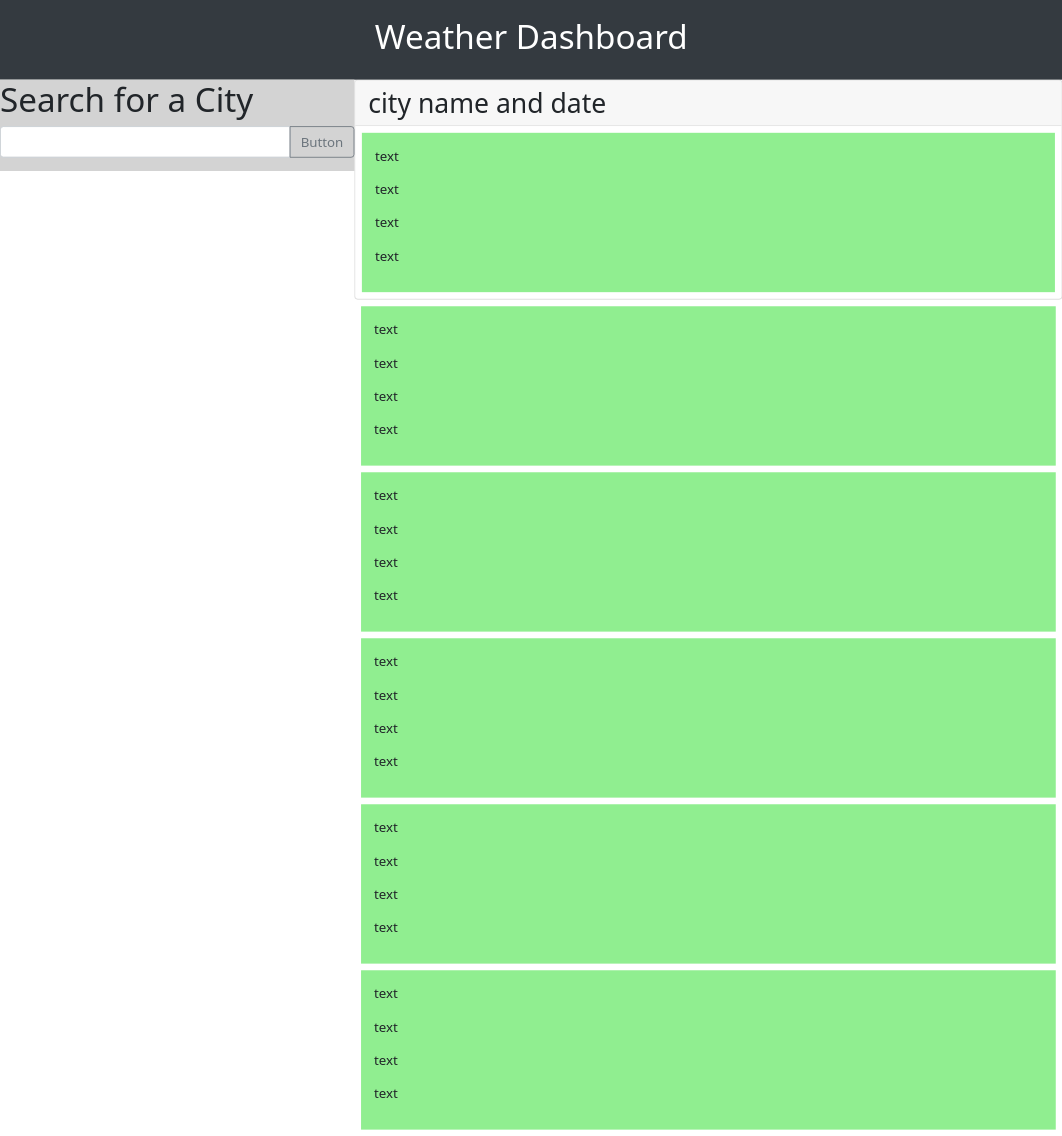
Repository: ziffoit/Weather_Dashboard
Page: index.html
An editor plug-in stored every save of this project. The page is shown before and after the next save, followed by the edit.
The browser window is 1280 px wide. The pictures show the whole page, at 83% of full size.

Above is the page before, as saved 2021-03-25 15:11:41.

### index.html
<!DOCTYPE html>
<html lang="en">
  <head>
    <meta charset="UTF-8" />
    <meta name="viewport" content="width=device-width, initial-scale=1.0" />
    <link
      href="https://cdn.jsdelivr.net/npm/bootstrap@5.0.0-beta3/dist/css/bootstrap.min.css"
      rel="stylesheet"
      integrity="sha384-eOJMYsd53ii+scO/bJGFsiCZc+5NDVN2yr8+0RDqr0Ql0h+rP48ckxlpbzKgwra6"
      crossorigin="anonymous"
    />
    <link rel="stylesheet" href="./Assets/style.css" />
    <title>Document</title>
  </head>
  <body>
    <header id="header">
      <h1>Weather Dashboard</h1>
    </header>
    <aside class="col-md-4">
      <h1>Search for a City</h1>
      <div class="input-group mb-3">
        <input type="text" class="form-control" />
        <button
          class="btn btn-outline-secondary"
          type="button"
          id="button-addon2"
        >
          Button
        </button>
      </div>
      <div></div>
    </aside>
    <section class="col-lg-8" id="main">
        <div class="card">
          <h2 class="card-header">city name and date</h5>
          <div class="card-body">
            <p>text</p>
            <p>text</p>
            <p>text</p>
            <p>text</p>
          </div>
        </div>
        <section class="row-col-5">
          <div class="card-body">
            <p>text</p>
            <p>text</p>
            <p>text</p>
            <p>text</p>
          </div>
          <div class="card-body">
            <p>text</p>
            <p>text</p>
            <p>text</p>
            <p>text</p>
          </div>
          <div class="card-body">
            <p>text</p>
            <p>text</p>
            <p>text</p>
            <p>text</p>
          </div>
          <div class="card-body">
            <p>text</p>
            <p>text</p>
            <p>text</p>
            <p>text</p>
          </div>
          <div class="card-body">
            <p>text</p>
            <p>text</p>
            <p>text</p>
            <p>text</p>
          </div>
        </section>
    </section>
  </body>
</html>

### Assets/style.css
#header {
  text-align: center;
  background-color: #343a40;
  padding: 20px;
}

header > h1 {
  color: white;
}

aside {
  background-color: lightgray;
  float: left;
}

#main {
  float: right;
}

.card-body {
  background-color: lightgreen;
  margin: 8px;
}

After the next save:
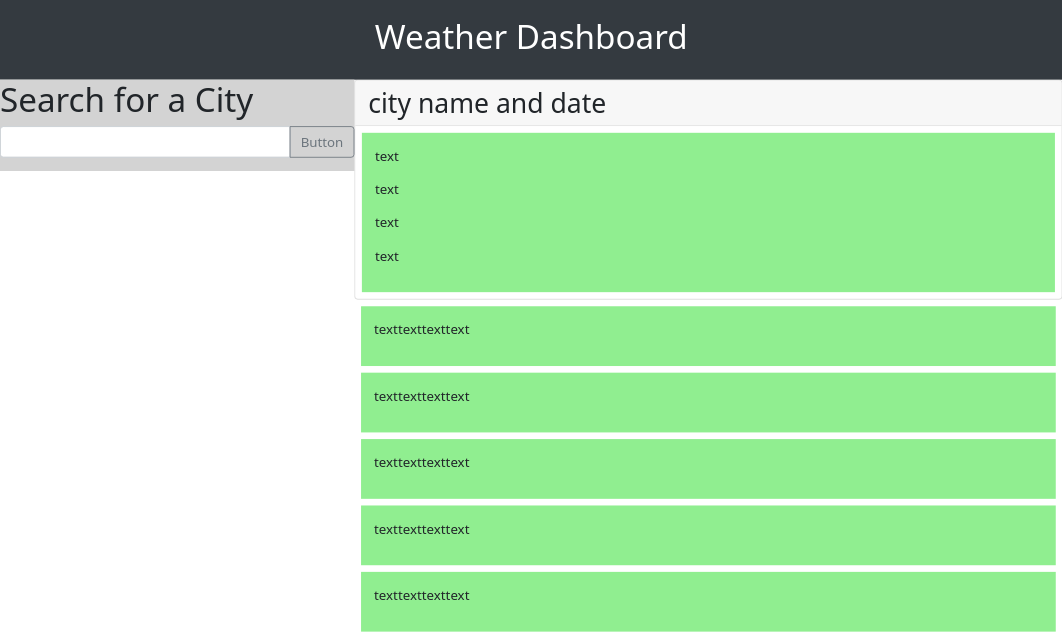
Saved 8 min 41 s later.
--- a/index.html
+++ b/index.html
@@ -41,31 +41,31 @@
           </div>
         </div>
         <section class="row-col-5">
-          <div class="card-body">
+          <div class="card-body d-flex flex-row">
             <p>text</p>
             <p>text</p>
             <p>text</p>
             <p>text</p>
           </div>
-          <div class="card-body">
+          <div class="card-body d-flex flex-row">
             <p>text</p>
             <p>text</p>
             <p>text</p>
             <p>text</p>
           </div>
-          <div class="card-body">
+          <div class="card-body d-flex flex-row">
             <p>text</p>
             <p>text</p>
             <p>text</p>
             <p>text</p>
           </div>
-          <div class="card-body">
+          <div class="card-body d-flex flex-row">
             <p>text</p>
             <p>text</p>
             <p>text</p>
             <p>text</p>
           </div>
-          <div class="card-body">
+          <div class="card-body d-flex flex-row">
             <p>text</p>
             <p>text</p>
             <p>text</p>
